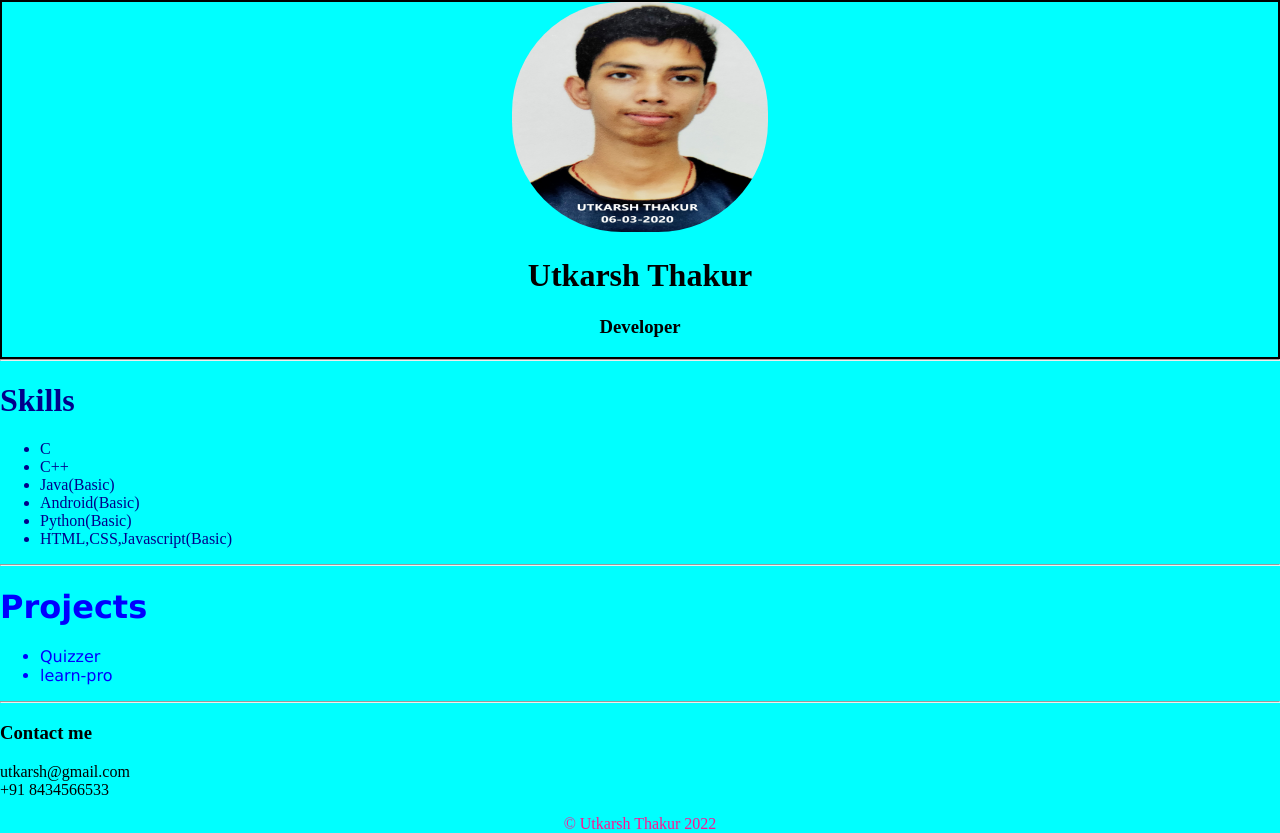
Repository: UtkarshThakur321/Utkarsh-Thakur-Profile
Page: index.html
These files come from the project's save history. The page is drawn as it stood at one moment and after the next save; the edit follows.
The browser window is 1280 px wide. The pictures show the whole page.

Above is the page before, as saved 2022-01-18 22:20:27.
Not found: main.js

### index.html
<!DOCTYPE html>
<html>
<head>
    <meta charset='utf-8'>
    <meta http-equiv='X-UA-Compatible' content='IE=edge'>
    <title>Page Title</title>
    <meta name='viewport' content='width=device-width, initial-scale=1'>
    <link rel='stylesheet' type='text/css' media='screen' href="index.css">
    <script src='main.js'></script>
</head>
<body>
    <div id="main">
    <!-- <div id="nav">
        <h1>My Resume</h1>
    </div> -->
    <center>
        <div id="intro">
            <div id="profileImage">
                 <img src="main3.jpg" alt="DP_Utkarsh__Thakur"
                 width="180" height="170">
            </div>
            <div id="profileName">
                <h1>Utkarsh Thakur</h1>
                <h3>Developer</h3>
            </div>

            <div>


             </div>
        </div>
    </center>

    <hr>



    <div id="skills">
        <h1>Skills</h1>
        <ul>
            <li>C</li>
            <li>C++</li>
            <li>Java(Basic)</li>
            <li>Android(Basic)</li>
            <li>Python(Basic)</li>
            <li>HTML,CSS,Javascript(Basic)</li>
        </ul>
    </div>

    <hr>
    <div id="projects">
        <h1>Projects</h1>
        <ul>
            <li>Quizzer</li>
            <li>learn-pro</li>
        </ul>
    </div>
    <hr>

    <div id="footer">
        <h3>Contact me</h3>
        <p>
            utkarsh@gmail.com<br>
            +91 8434566533

        </p>
            <div id="copyright">
         &copy; Utkarsh Thakur 2022
            </div>
        </div>
    </div>



</body>
</html>

### index.css
body{
    width:100%;
    margin:0px;
    background-color:aqua

}
#intro{
    border:2px solid black;

}

#profileImage>img{
    height:230px;
    width:20%;
    border-radius: 110px;
}

.intro{
    color:brown;

}

#image{
    width:50%;
}

hr{
    margin:0px;
}

#nav{
    height:50px;
    display:content;
    text-align: center;
    font-weight: 900;
    color:black;}
    /* text-align: center;
    font-family: Verdana, Geneva, Tahoma, sans-serif;
} */

#skills{
    color:darkblue;
    font-weight: 400;

}

#projects{
    font-family: Verdana, Geneva, Tahoma, sans-serif;
    color:blue;
}


/* #footer{
    text-align: center;
} */
#copyright{
    text-align: center;
    color:deeppink
}

After the next save:
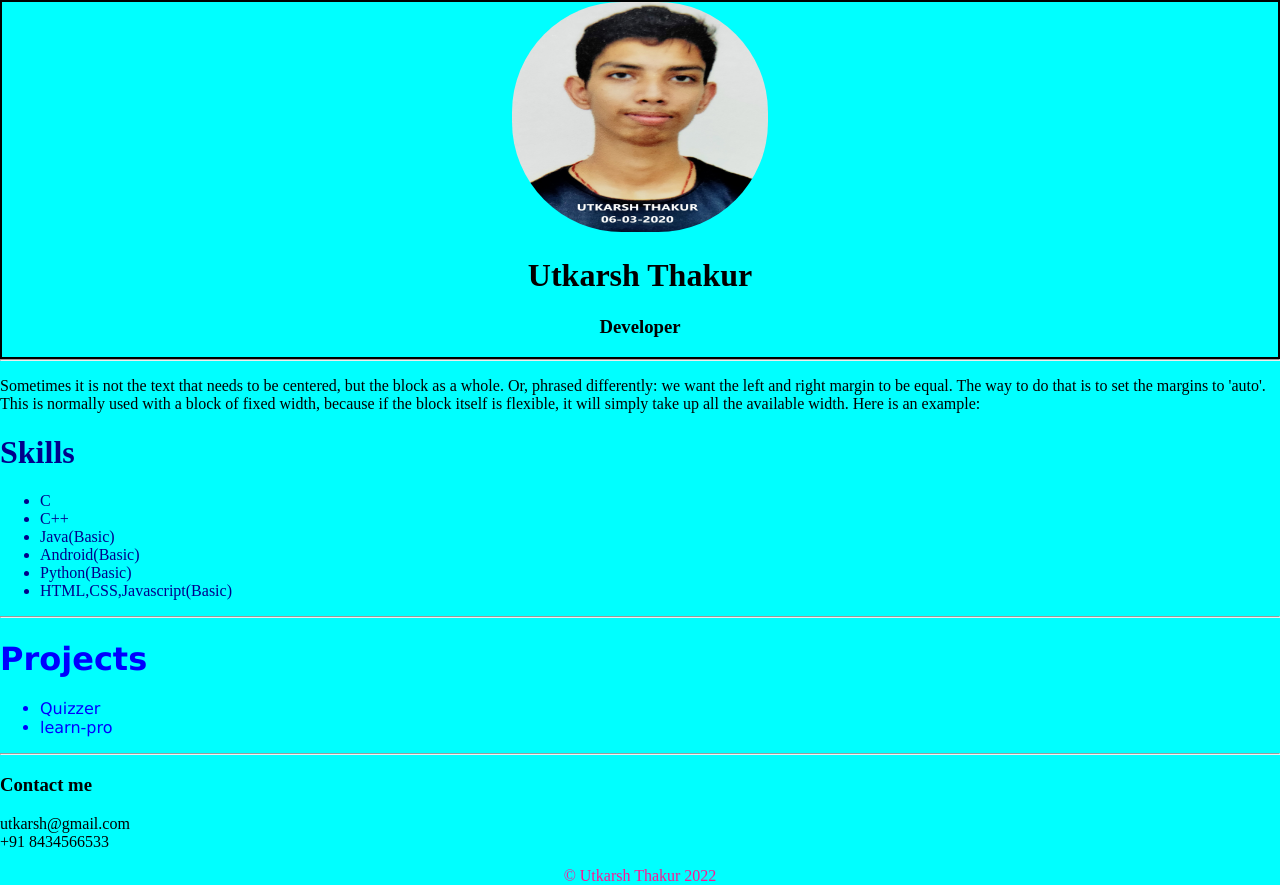
Saved 47 s later.
--- a/index.html
+++ b/index.html
@@ -33,7 +33,11 @@
 
     <hr>
 
-
+  <div id="aboutMe">
+    <p>
+        Sometimes it is not the text that needs to be centered, but the block as a whole. Or, phrased differently: we want the left and right margin to be equal. The way to do that is to set the margins to 'auto'. This is normally used with a block of fixed width, because if the block itself is flexible, it will simply take up all the available width. Here is an example:
+    </p>
+  </div>
 
     <div id="skills">
         <h1>Skills</h1>
